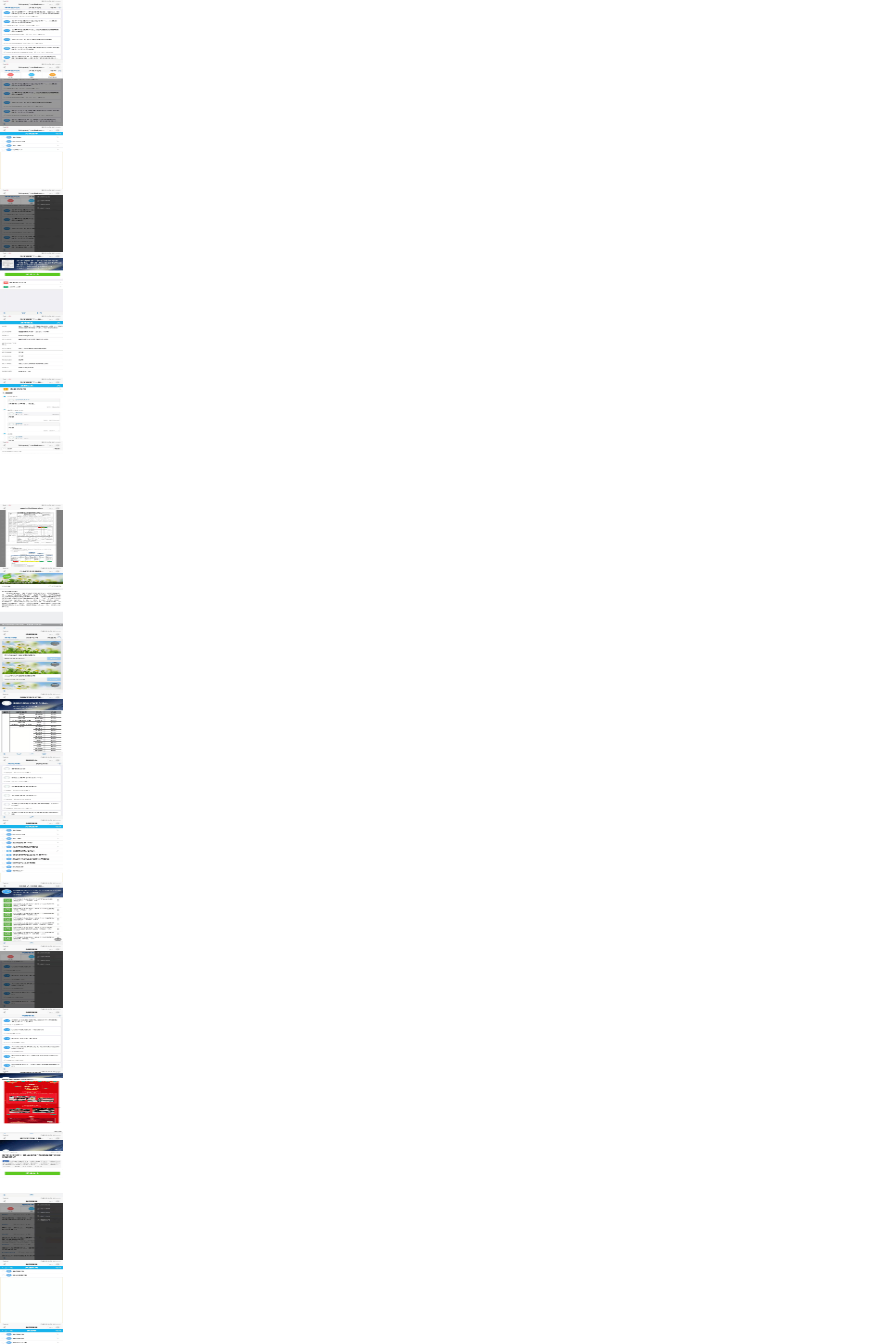
Repository: ch230/2021
Page: A.html
An editor plug-in stored every save of this project. The page is shown before and after a run of saves, followed by the edit.
The browser window is 1280 px wide. The pictures show the part of the page from y = 0 to 1920 px (the page is 2794 px tall before and 6204 px after), at 70% of full size.

Above is the page before, as saved 2021-02-15 14:35:15.

After the next 2 saves:
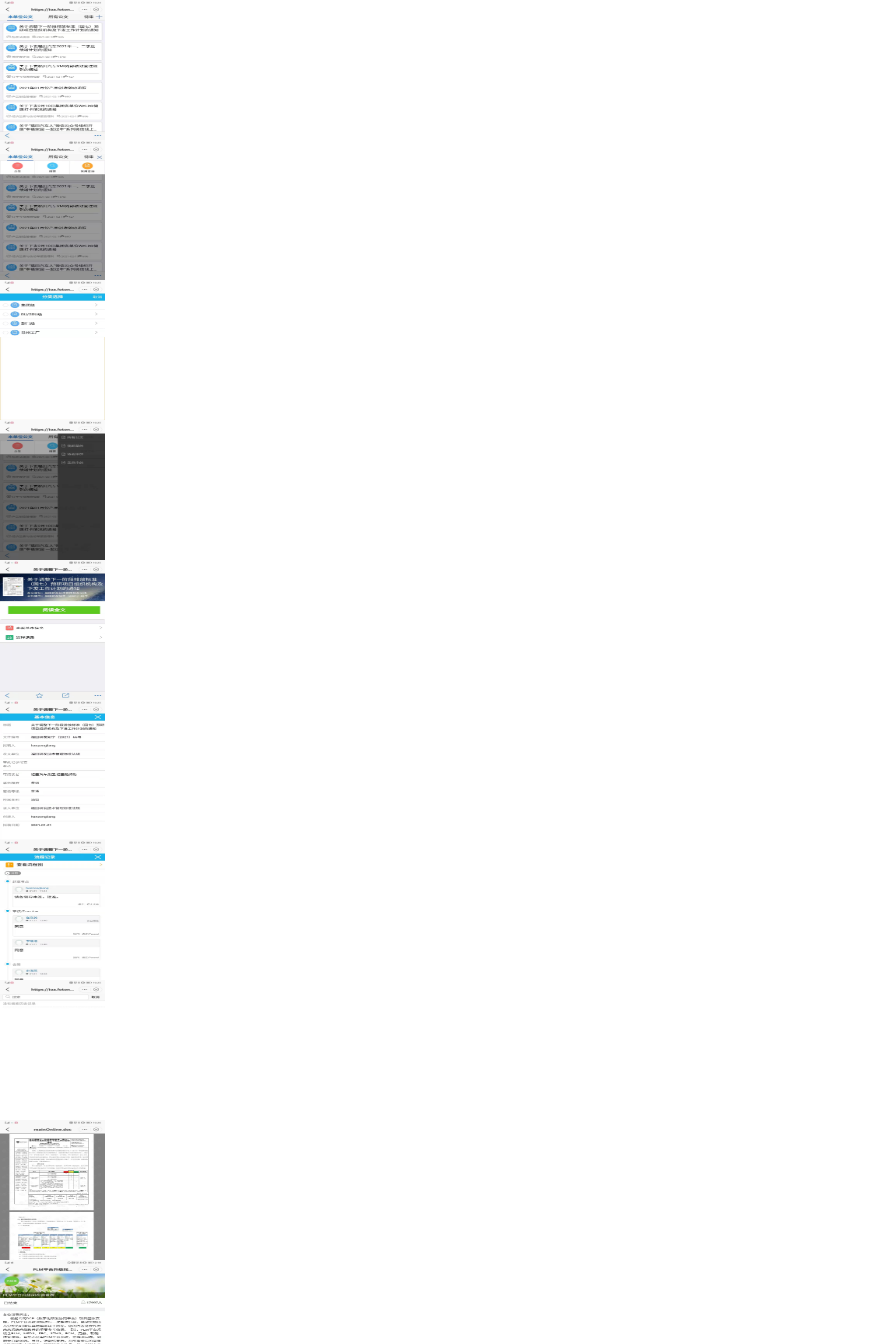
The 2 saves are shown as one change because they came seconds apart.
The last was saved 12 s later.
--- a/A.html
+++ b/A.html
@@ -21,8 +21,8 @@
       #items ul {
       }
       #items ul li {
-        height: 90px;
-        width: 90px;
+        height: 200px;
+        width: 150px;
       }
       #items ul li img {
         display: inline-block;
